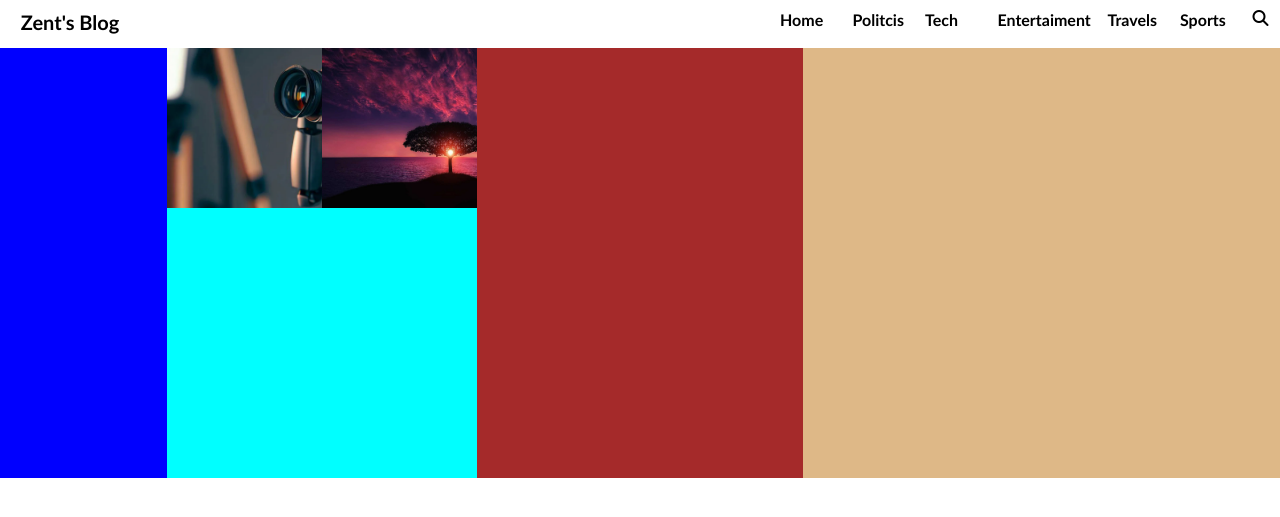
Repository: giacatdat2k5/html3
Page: html3.vs/7.1.html
An editor plug-in stored every save of this project. The page is shown before and after the next save, followed by the edit.
The browser window is 1280 px wide. The pictures show the whole page.

Above is the page before, as saved 2023-09-27 13:28:42.

### html3.vs/7.1.html
<!DOCTYPE html>
<html lang="en">
<head>
    <meta charset="UTF-8">
    <meta name="viewport" content="width=device-width, initial-scale=1.0">
    <title>7.2</title>
    <link rel="stylesheet" type="text/css" href="7.1.css">
    <link rel="stylesheet" href="https://cdnjs.cloudflare.com/ajax/libs/font-awesome/6.4.2/css/all.min.css"/>
</head>
<body>
    <div id="header">
        <div class="logo">Zent's Blog </div>
        <div class="menu">
            <div class="items">Home</div>
            <div class="items">Politcis</div>
            <div class="items">Tech</div>
            <div class="items">Entertaiment</div>
            <div class="items">Travels</div>
            <div class="items">Sports</div>
            <div class="search"><i class="fa-solid fa-magnifying-glass"></i></div>
        </div>
    </div>
    <div id="content">
        <div class="left">
            <div class="imageleft">
                <div class="iamge1"></div>
                <div class="iamge2"></div>
            </div>
        </div>
        <div class="center">
            <div class="imagecenter"></div>
        </div>
        <div class="right">
            <div class="iamgeright"></div>
        </div>
    </div>
</body>
</html>

### html3.vs/7.1.css
@media all and (min-width: 992px){
*{
    margin:0;
    padding: 0;
}
#header{
    width: 100%;
    height: 3em;
    display: flex;
    justify-content: space-between;
}
.logo{
    font-size: 20px;
    width: 120px;
    text-align: center;
    padding: 10px;
    font-weight: bold;
    font-family:'Trebuchet MS', 'Lucida Sans Unicode', 'Lucida Grande', 'Lucida Sans', Arial, sans-serif;

}
.menu{
    width: 510px;
    display: flex;
}
.items{
    width: 90px;
    padding: 10px;
    font-weight: bold;
    font-family:'Trebuchet MS', 'Lucida Sans Unicode', 'Lucida Grande', 'Lucida Sans', Arial, sans-serif;
}
.search{
    width: 30px;
    padding: 10px;
}
#content{
    width: 100%;
    height: 430px;
    background-color:whitesmoke;
    display: flex;
}
.left{
    width: 38%;
    height: 100%;
    background-color: blue;
    display: flex;
    justify-content: right;
    align-items: center;
}
.center{
    width: 26%;
    height: 100%;
    background-color: brown;
}
.right{
    width: 38%;
    height: 100%;
    background-color:burlywood;
}
.imageleft{
    width: 65%;
    height: 100%;
    background-color: aqua;
    display: flex;
}
.iamge1{
    background-image: url('anh1.webp');
    background-size: cover;
    width: 100%;
    height: 160px;
}
.iamge2{
    background-image: url('anh2.jpeg');
    background-size: cover;
    width: 100%;
    height: 160px;
}
}

After the next save:
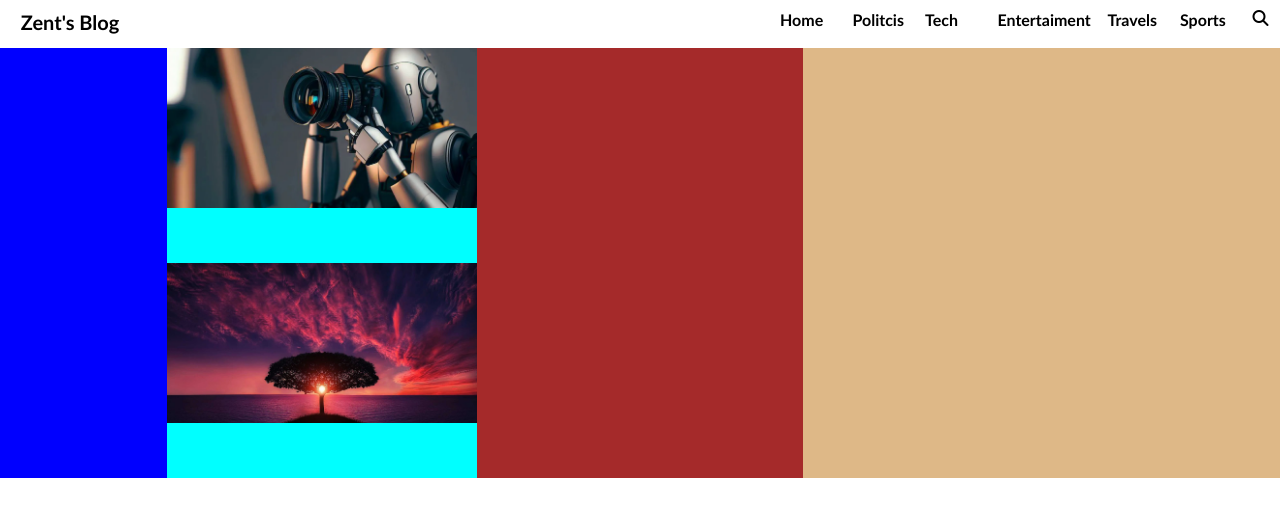
Saved 10 s later.
--- a/html3.vs/7.1.css
+++ b/html3.vs/7.1.css
@@ -61,6 +61,7 @@
     height: 100%;
     background-color: aqua;
     display: flex;
+    flex-wrap: wrap;
 }
 .iamge1{
     background-image: url('anh1.webp');
